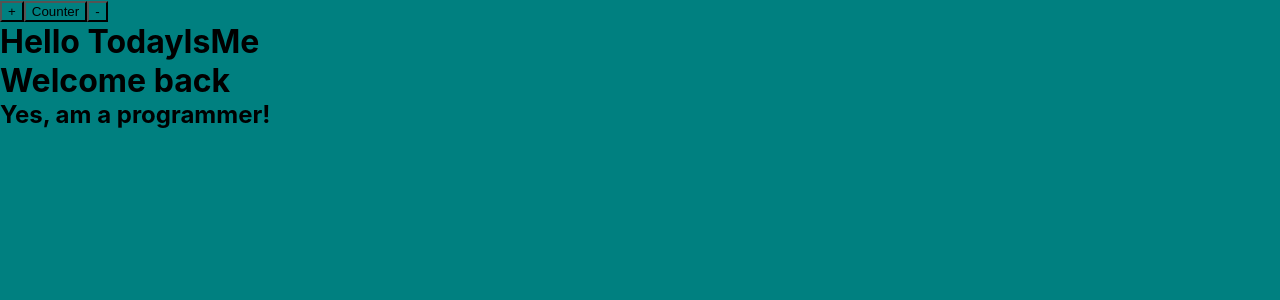
Repository: Exdevo/React
Page: /
These files come from the project's save history. The page is drawn as it stood at one moment and after the next save; the edit follows.
The browser window is 1280 px wide. The pictures show the whole page.
The project was rebuilt for these pictures with package versions that can differ from the ones it lists, and the page was loaded fresh each time. Also part of the build but not shown: src/ItemDescription.js, src/Product.js.

Above is the page before, as saved 2023-02-12 15:11:36.

### src/App.js
import { useState } from 'react';
import './App.css';
import Product from './Product';
import "./App.css";
function App() {
//Dynamic rendering in React
  const name= null;
  let isProgrammer= false;

  //Counter
  const [counter, setCounter]=useState(0);

  return (
    <div className="App">
      <button onClick={()=>(alert("clicked!"))}>+</button>
      <button>Counter</button>
      <button>-</button>
     <h1> Hello {isProgrammer ? name : "TodayIsMe"} </h1>
     {name ?(
      <>Testing</>
     ):(
      <>
      <h1>Welcome back</h1>
      <h2>Yes, am a programmer!</h2>
      </>
     )}



      {/* < Product
      name='Phone'
      description='Samsung'
      price='4300'
      />
      < Product
      name='Laptop'
      description='Mac'
      price='24000'
      />
      < Product
      name='Woofer'
      description='Vitron'
      price='2300'
      /> */}

    </div>
  );
}

export default App;

### src/App.css
*{
  margin: 0;
  background-color: teal;
  align-items: center;
}

Loaded but not shown: public/index.html (common file); src/index.js (common file); src/index.css (common file)

After the next save:
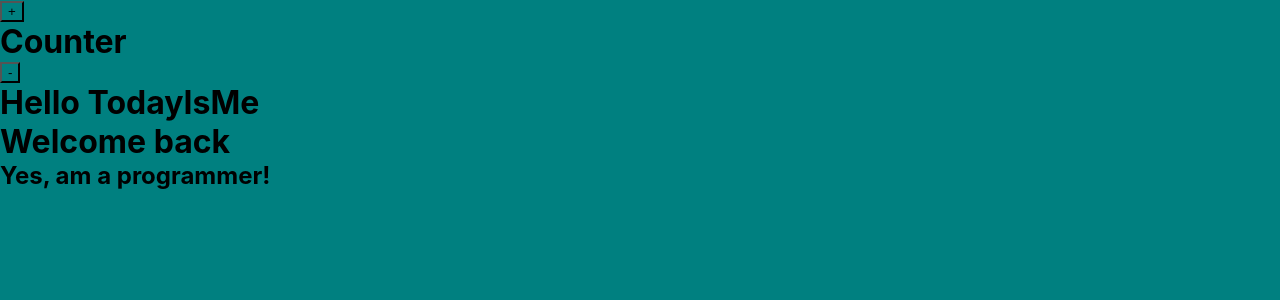
Saved 12 s later.
--- a/src/App.js
+++ b/src/App.js
@@ -13,7 +13,7 @@ function App() {
   return (
     <div className="App">
       <button onClick={()=>(alert("clicked!"))}>+</button>
-      <button>Counter</button>
+      <h1>Counter</h1>
       <button>-</button>
      <h1> Hello {isProgrammer ? name : "TodayIsMe"} </h1>
      {name ?(
